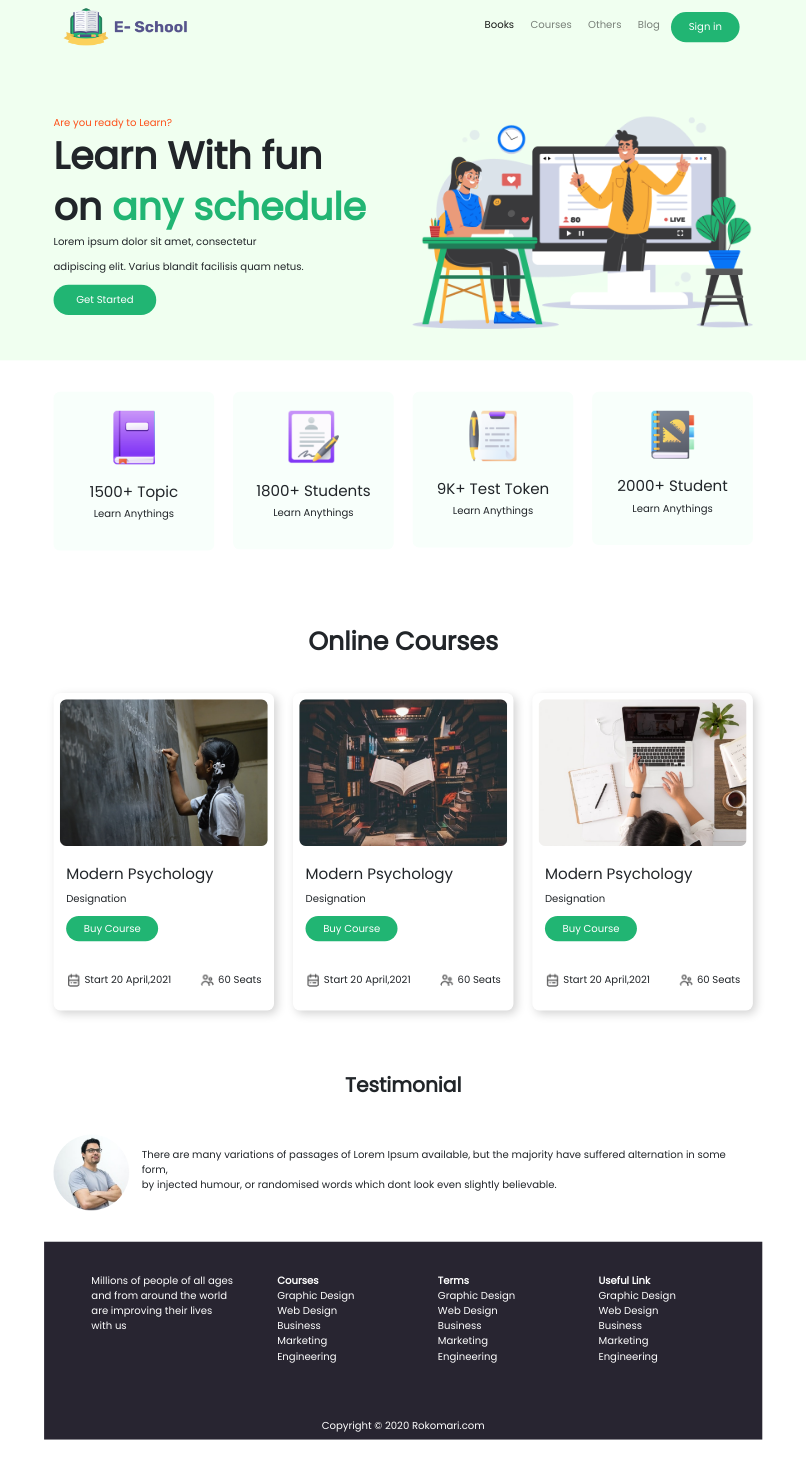
Repository: mohsinfarabi/e-school
Page: index.html
The author's editor kept a copy of each file at every save. The page is drawn from the files as they stood at one save, then again after the next save.
The browser window is 1280 px wide. The pictures show the whole page, at 63% of full size.

Above is the page before, as saved 2020-07-09 21:39:41.

### index.html
<!DOCTYPE html>
<html lang="en">

<head>
    <meta charset="UTF-8">
    <meta name="viewport" content="width=device-width, initial-scale=1.0">
    <link rel="stylesheet" href="css/bootstrap/css/bootstrap.min.css">
    <link rel="stylesheet" href="style.css">
    <link href="https://fonts.googleapis.com/css2?family=Poppins" rel="stylesheet">
    <title>E-School</title>
</head>

<body>
    <section class="top-part">
        <div class="container">
            <nav class="navbar navbar-expand-lg navbar-light bg-transparent">
                <a class="navbar-brand" href="#"><img src="images/icon/Logo.png " alt=" "></a>
                </a>
                <button class="navbar-toggler" type="button" data-toggle="collapse" data-target="#navbarNav" aria-controls="navbarNav" aria-expanded="false" aria-label="Toggle navigation">
                  <span class="navbar-toggler-icon"></span>
                </button>

                <div class="collapse navbar-collapse" id="navbarNav">
                    <ul class="navbar-nav ml-auto">
                        <li class="nav-item active ">
                            <a class="nav-link " href="#books ">Books</a>
                        </li>
                        <li class="nav-item ">
                            <a class="nav-link " href="#courses ">Courses</a>
                        </li>
                        <li class="nav-item ">
                            <a class="nav-link " href="#others ">Others</a>
                        </li>
                        <li class="nav-item ">
                            <a class="nav-link " href="#blog ">Blog</a>
                        </li>
                        <li class="nav-item ">
                            <button class="btn btn-success sign-in">Sign in</button>
                        </li>

                    </ul>
                </div>

            </nav>
        </div>
        <div class="container">
            <div class="row top">
                <div class="col-md-6 content-position">

                    <h5>Are you ready to Learn?</h5>
                    <h1>Learn With fun </h1>
                    <h1>on <span class="highlight"> any schedule</span></h1>

                    <p>Lorem ipsum dolor sit amet, consectetur </p>
                    <p>adipiscing elit. Varius blandit facilisis quam netus.</p>

                    <button class="btn btn-success get-started">Get Started</button>

                </div>
                <div class="col-md-6 d-flex justify-content-center">

                    <img src="images/Photos/Illustration.png" alt="" class="img-fluid">
                </div>
            </div>
        </div>
    </section>

    <div class="container">
        <div class="row">
            <div class="col-md-3">
                <div class="cat1 d-flex flex-column justify-content-center align-items-center">

                    <img src="images/icon/book.png" alt="">

                    <h4>1500+ Topic</h4>
                    <p>Learn Anythings</p>
                </div>
            </div>
            <div class="col-md-3">
                <div class="cat2 d-flex flex-column justify-content-center align-items-center">

                    <img src="images/icon/Student.png" alt="">

                    <h4>1800+ Students</h4>
                    <p>Learn Anythings</p>
                </div>
            </div>
            <div class="col-md-3">
                <div class="cat3 d-flex flex-column justify-content-center align-items-center">

                    <img src="images/icon/Test.png" alt="">

                    <h4>9K+ Test Token</h4>
                    <p>Learn Anythings</p>
                </div>
            </div>
            <div class="col-md-3">
                <div class="cat4 d-flex flex-column justify-content-center align-items-center">

                    <img src="images/icon/Students.png" alt="">

                    <h4>2000+ Student</h4>
                    <p>Learn Anythings</p>

                </div>
            </div>
        </div>
    </div>

    <div class="container course">
        <h1>Online Courses</h1>
        <div class="card-deck">
            <div class="card">
                <img src="images/Photos/Morder pyschology.png" class="card-img-top" alt="...">
                <div class="card-body">
                    <h4 class="card-title">Modern Psychology</h4>
                    <p class="card-text">Designation</p>
                    <button class="btn btn-success buy-course">Buy Course</button>
                    <div class="card-bottom d-flex justify-content-between align-self-center">
                        <div class="d-flex justify-content-between">
                            <img src="images/icon/calendar.png" alt="">
                            <p>Start 20 April,2021</p>
                        </div>
                        <div class="d-flex justify-content-between">
                            <img src="images/icon/people.png" alt="">
                            <p>60 Seats</p>
                        </div>

                    </div>
                </div>

            </div>
            <div class="card">
                <img src="images/Photos/Morder psyc.png" class="card-img-top" alt="...">
                <div class="card-body">
                    <h4 class="card-title">Modern Psychology</h4>
                    <p class="card-text">Designation</p>
                    <button class="btn btn-success buy-course">Buy Course</button>
                    <div class="card-bottom d-flex justify-content-between align-self-center">
                        <div class="d-flex justify-content-between">
                            <img src="images/icon/calendar.png" alt="">
                            <p>Start 20 April,2021</p>
                        </div>
                        <div class="d-flex justify-content-between">
                            <img src="images/icon/people.png" alt="">
                            <p>60 Seats</p>
                        </div>

                    </div>
                </div>
            </div>
            <div class="card">
                <img src="images/Photos/Morder pychons.png" class="card-img-top" alt="...">
                <div class="card-body">
                    <h4 class="card-title">Modern Psychology</h4>
                    <p class="card-text">Designation</p>
                    <button class="btn btn-success buy-course">Buy Course</button>
                    <div class="card-bottom d-flex justify-content-between align-self-center">
                        <div class="d-flex justify-content-between">
                            <img src="images/icon/calendar.png" alt="">
                            <p>Start 20 April,2021</p>
                        </div>
                        <div class="d-flex justify-content-between">
                            <img src="images/icon/people.png" alt="">
                            <p>60 Seats</p>
                        </div>
                    </div>
                </div>
            </div>
        </div>
    </div>

    <div class="container testimonial">
        <h2><b>Testimonial</b></h2>
        <div class="d-flex justify-content-center testimonial-content">
            <img class="img-fluid" src="images/Photos/Man.png" alt="">
            <p class="testimonial-text">There are many variations of passages of Lorem Ipsum available, but the majority have suffered alternation in some form, <br>by injected humour, or randomised words which dont look even slightly believable.</p>
        </div>
    </div>
    <div class="container bottom-part">
        <div class="row footer-row d-flex align-items-left">
            <div class="col-md-3">
                <p>Millions of people of all ages and from around the world are improving their lives with us</p>
            </div>
            <div class="col-md-3">
                <ul>
                    <li><b>Courses</b></li>
                    <li>Graphic Design</li>
                    <li>Web Design</li>
                    <li>Business</li>
                    <li>Marketing</li>
                    <li>Engineering</li>
                </ul>
            </div>
            <div class="col-md-3">
                <ul>
                    <li><b>Terms</b></li>
                    <li>Graphic Design</li>
                    <li>Web Design</li>
                    <li>Business</li>
                    <li>Marketing</li>
                    <li>Engineering</li>
                </ul>
            </div>
            <div class="col-md-3">
                <ul>
                    <li><b>Useful Link</b></li>
                    <li>Graphic Design</li>
                    <li>Web Design</li>
                    <li>Business</li>
                    <li>Marketing</li>
                    <li>Engineering</li>
                </ul>
            </div>
        </div>
        <footer>
            <p class="footer">Copyright © 2020 Rokomari.com</p>
        </footer>
    </div>













    <script src="https://code.jquery.com/jquery-3.5.1.slim.min.js " integrity="sha384-DfXdz2htPH0lsSSs5nCTpuj/zy4C+OGpamoFVy38MVBnE+IbbVYUew+OrCXaRkfj " crossorigin="anonymous "></script>
    <script src="https://cdn.jsdelivr.net/npm/popper.js@1.16.0/dist/umd/popper.min.js " integrity="sha384-Q6E9RHvbIyZFJoft+2mJbHaEWldlvI9IOYy5n3zV9zzTtmI3UksdQRVvoxMfooAo " crossorigin="anonymous "></script>
    <script src="https://stackpath.bootstrapcdn.com/bootstrap/4.5.0/js/bootstrap.min.js " integrity="sha384-OgVRvuATP1z7JjHLkuOU7Xw704+h835Lr+6QL9UvYjZE3Ipu6Tp75j7Bh/kR0JKI " crossorigin="anonymous "></script>
</body>

</html>

### style.css
    body {
        font-family: 'Poppins', sans-serif;
    }

    .container {
        margin-bottom: 50px;
    }
    /* Common Button Properties */

    .btn:focus {
        border: none;
        background: #21B573;
    }

    .btn:hover {
        border: none;
        background: #21B573;
    }

    .top-part {
        background-color: #F0FFF0;
    }

    .navbar img {
        width: 198.07px;
        height: 59px;
    }

    .nav-item {
        padding: 5px;
        color: black;
    }

    .sign-in {
        padding: 12px 28px;
        border: none;
        background: #21B573;
        border-radius: 33px;
        color: white;
    }
    /* Banner Section */

    .content-position {
        margin-top: 50px;
    }

    .top {
        padding-bottom: 50px;
    }

    .top h5 {
        font-size: medium;
        color: #FD511A;
    }

    .top h1 {
        font-weight: 900;
        font-size: 60px;
    }

    .top img {
        margin-top: 50px;
    }

    .highlight {
        color: #21B573;
    }

    .get-started {
        padding: 12px 36px;
        border: none;
        background: #21B573;
        border-radius: 33px;
        color: white;
    }
    /* Second Section */

    .cat1,
    .cat2,
    .cat3,
    .cat4 {
        padding: 30px;
        border-radius: 10px;
        border: none;
        margin-bottom: 20px;
        background-color: #F8FFFB;
    }

    .cat1:hover {
        box-shadow: 5px 5px 10px lightgray;
        background-color: white;
    }

    .cat2:hover {
        box-shadow: 5px 5px 10px lightgray;
        background-color: white;
    }

    .cat3:hover {
        box-shadow: 5px 5px 10px lightgray;
        background-color: white;
    }

    .cat4:hover {
        box-shadow: 5px 5px 10px lightgray;
        background-color: white;
    }

    .cat1 img {
        width: 66px;
        height: 85px;
        margin-bottom: 30px;
    }

    .cat2 img {
        width: 80px;
        height: 83px;
        margin-bottom: 30px;
    }

    .cat3 img {
        width: 75px;
        height: 80px;
        margin-bottom: 30px;
    }

    .cat4 img {
        width: 68px;
        height: 76px;
        margin-bottom: 30px;
    }

    .cat h4 {
        font-weight: 700;
    }
    /* Courses Card Section */

    .course h1 {
        text-align: center;
        font-weight: 900;
        padding: 50px 0px;
    }

    .card img {
        border-radius: 11px;
        padding: 10px;
    }

    .card {
        border: none;
        border-radius: 11px;
        box-shadow: 5px 5px 15px lightgray;
    }

    .card-footer {
        background-color: white;
        border-top: none;
        border-radius: 10px;
    }

    .buy-course {
        border: none;
        background: #21B573;
        border-radius: 33px;
        color: white;
        margin-bottom: 20px;
        padding: 8px 28px;
    }

    .card-bottom {
        margin-top: 30px;
    }

    .card-bottom img {
        height: 24px;
        width: 24px;
        padding: 0;
        margin-right: 5px;
    }
    /* Testimonial Section */

    .testimonial {
        text-align: center;
        margin-top: 100px;
    }

    .testimonial-content img {
        height: 120px;
        width: 120px;
    }

    .testimonial-content {
        padding-top: 50px;
    }

    .testimonial-text {
        padding-left: 20px;
        padding-top: 20px;
        text-align: left;
    }
    /* footer Section */

    .bottom-part {
        background-color: #282531;
        color: white;
    }

    ul {
        list-style: none;
    }

    .footer {
        text-align: center;
        margin-top: 20px;
        padding-bottom: 10px;
    }

    .footer-row {
        padding: 50px 60px;
    }

Loaded but not shown: css/bootstrap/css/bootstrap.min.css (library)

After the next save:
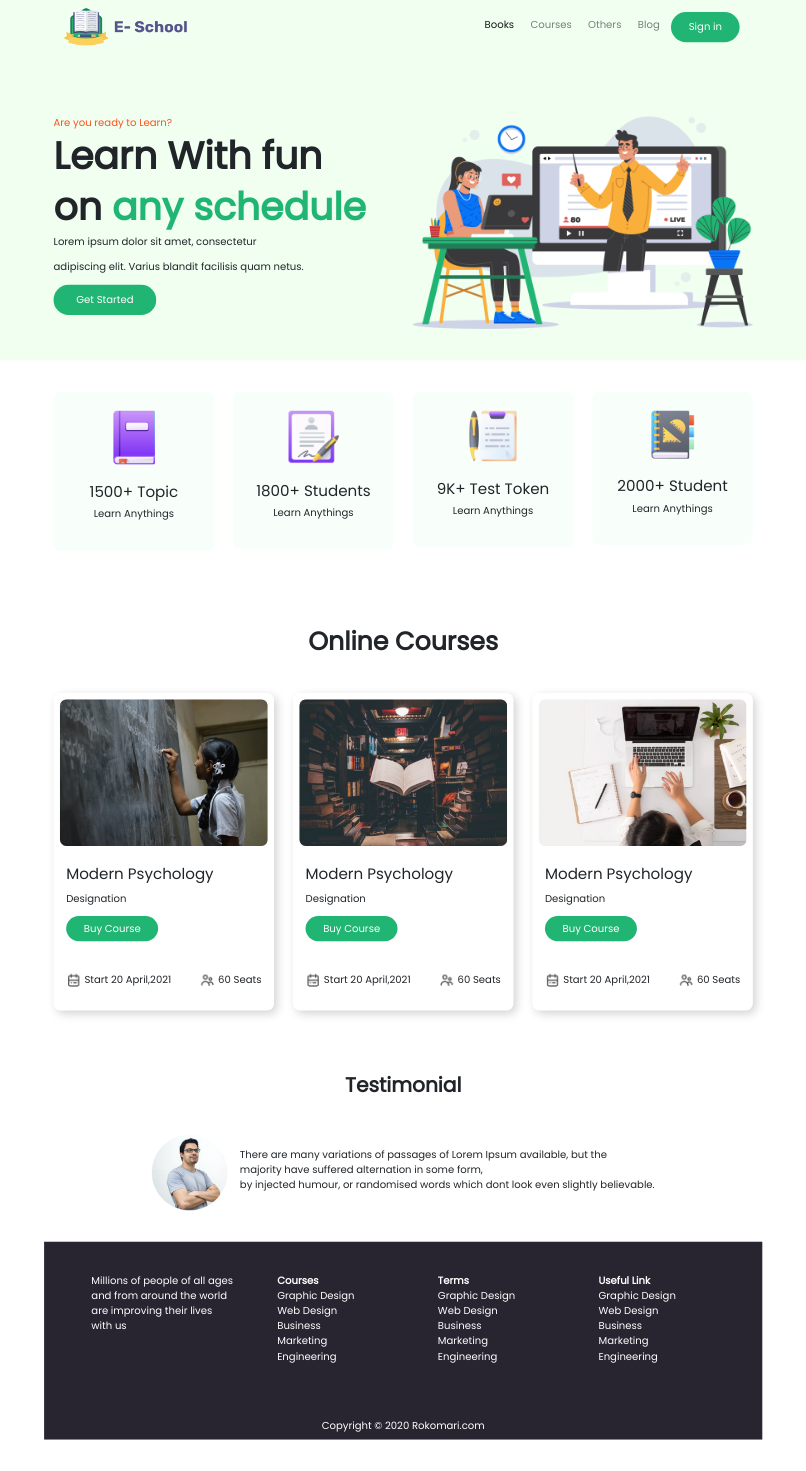
Saved 18 s later.
--- a/index.html
+++ b/index.html
@@ -174,7 +174,7 @@
         <h2><b>Testimonial</b></h2>
         <div class="d-flex justify-content-center testimonial-content">
             <img class="img-fluid" src="images/Photos/Man.png" alt="">
-            <p class="testimonial-text">There are many variations of passages of Lorem Ipsum available, but the majority have suffered alternation in some form, <br>by injected humour, or randomised words which dont look even slightly believable.</p>
+            <p class="testimonial-text">There are many variations of passages of Lorem Ipsum available, but the <br>majority have suffered alternation in some form, <br>by injected humour, or randomised words which dont look even slightly believable.</p>
         </div>
     </div>
     <div class="container bottom-part">
